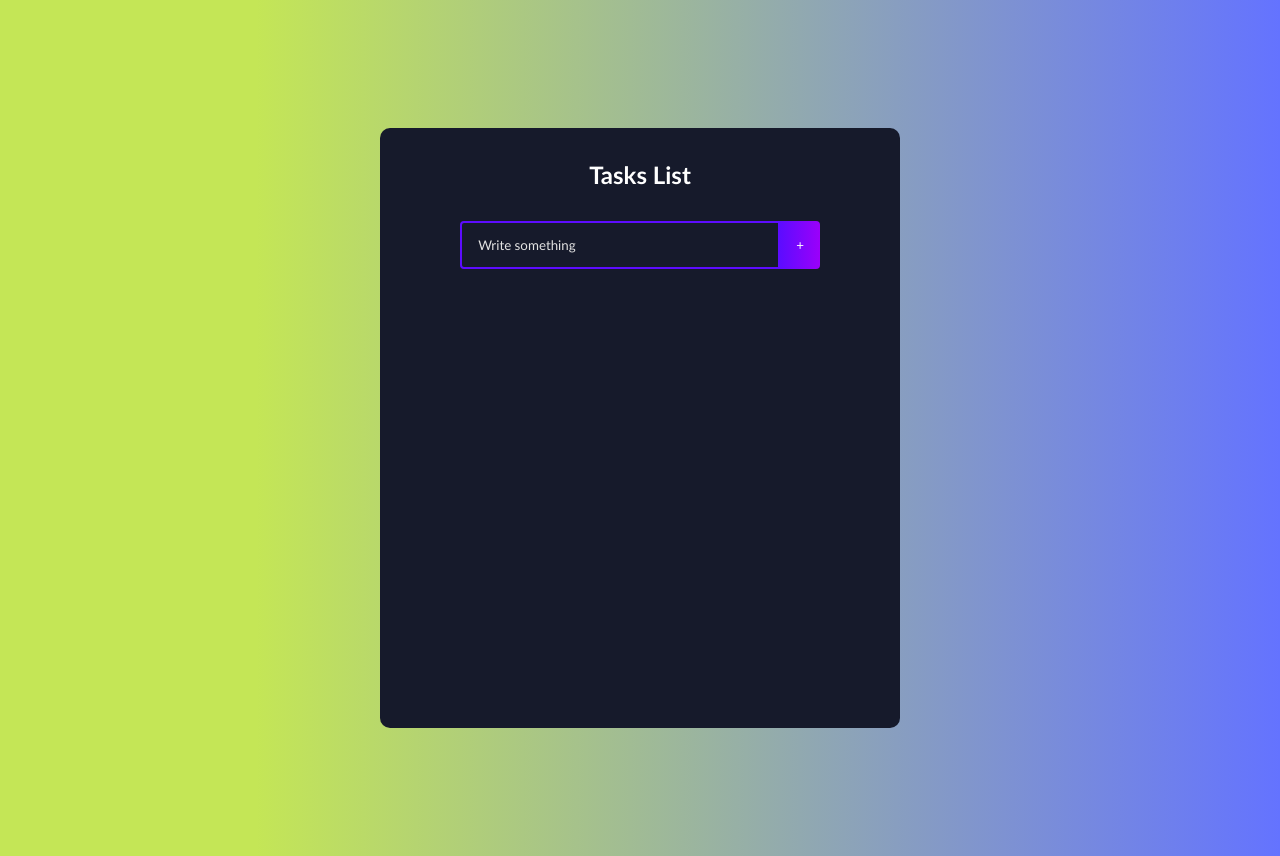
Repository: pratham0305/LGMVIP-Task-01
Page: /
The author's editor kept a copy of each file at every save. The page is drawn from the files as they stood at one save, then again after a run of saves.
The browser window is 1280 px wide. The pictures show the whole page.
The project was rebuilt for these pictures with package versions that can differ from the ones it lists, and the page was loaded fresh each time. Also part of the build but not shown: src/components/Todo.js.

Above is the page before, as saved 2022-03-21 17:11:43.

After the next 2 saves:
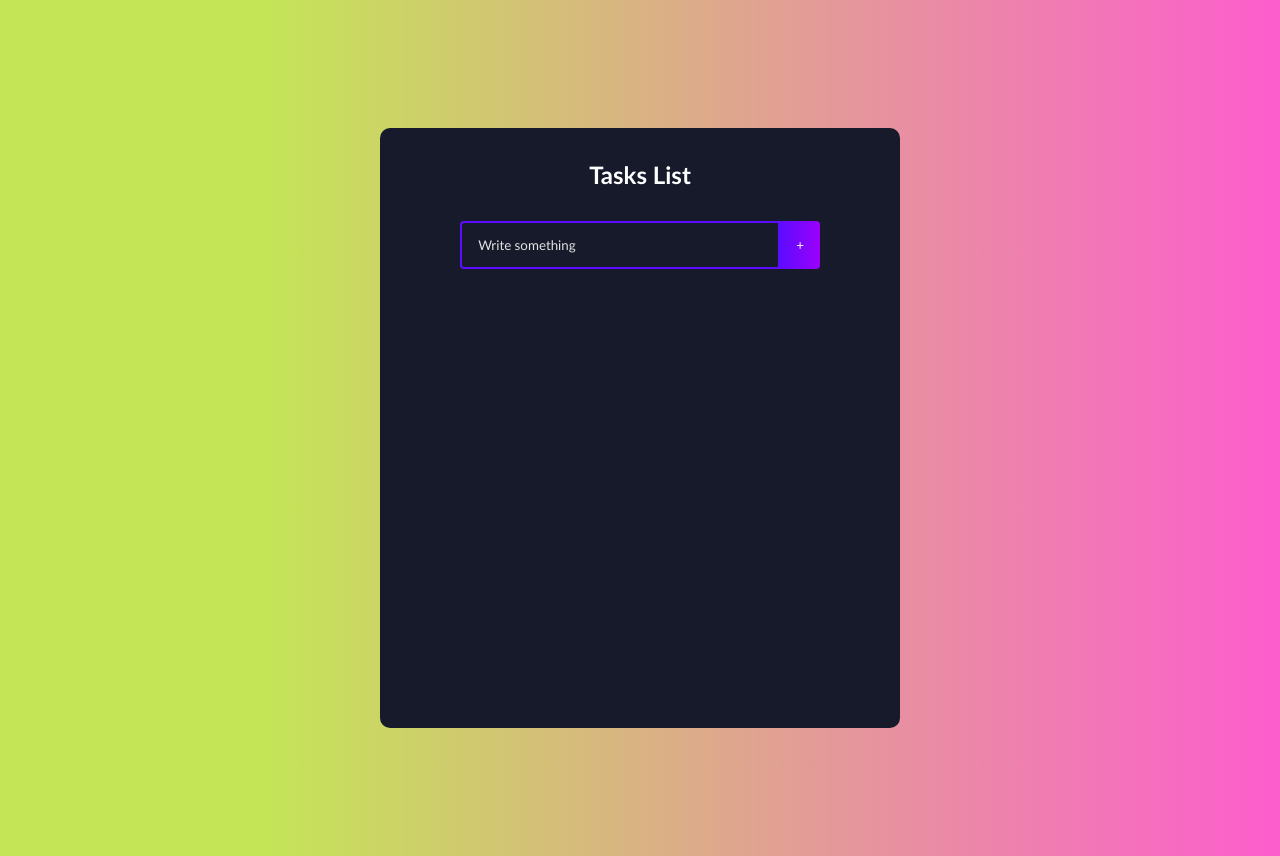
The 2 saves are shown as one change because they came seconds apart.
The last was saved 2 min 49 s later.
--- a/src/App.css
+++ b/src/App.css
@@ -10,7 +10,7 @@ body {
   background: linear-gradient(
     90deg,
     rgb(196, 230, 86) 20%,
-    rgba(100, 115, 255, 1) 100%
+    rgb(253, 93, 205) 100%
   );
 }
 .todo-app {
